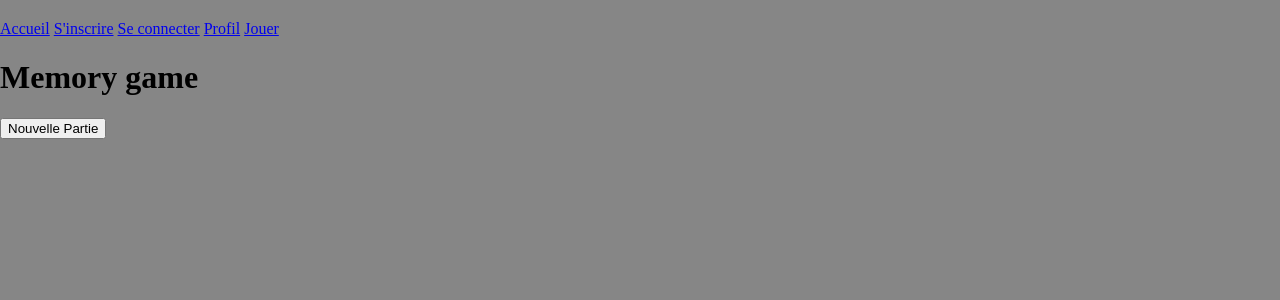
Repository: Ludmilla06/memory-game
Page: game.html
These files come from the project's save history. The page is drawn as it stood at one moment and after the next save; the edit follows.
The browser window is 1280 px wide. The pictures show the whole page.

Above is the page before, as saved 2025-10-22 09:25:23.

### game.html
<!DOCTYPE html>
<html lang="fr">
  <head>
    <meta charset="UTF-8" />
    <meta name="viewport" content="width=device-width, initial-scale=1.0" />
    <title>Document</title>
    <link rel="stylesheet" href="css/game.css" />
  </head>
  <body>
    <nav>
      <div class="Onglet">
        <a href="index.html">Accueil</a>
        <a href="inscription.html">S'inscrire</a>
        <a href="login.html">Se connecter</a>
        <a href="profil.html">Profil</a>
        <a href="play.html">Jouer</a>
      </div>
    </nav>

    <div id="game">
      <h1>Memory game</h1>
        <button id="reset-btn">Nouvelle Partie</button>
    </div>

    <script type="module" src="js/game.js"></script>
  </body>
</html>

### css/game.css
*,
*::before,
*::after {
  box-sizing: border-box;
}
body {
    margin: 20px 0;
    background: rgba(68, 67, 67, 0.644);
}

.grid {
    max-width: 960px;
    margin: 0 auto;
    display: flex;
    flex-wrap: wrap;
    justify-content: space-evenly;
}

.card {
    margin: 5px;
    background-color:  rgba(68, 67, 67, 0.644);;
    background-size: contain;
    background-repeat: no-repeat;
    background-position: center center;
    width: 150px;
    height: 150px;
}

### js/game.js

// Target btn reset
const $resetBtn = document.getElementById('reset-btn')
// Prévoit la detection du click sur le btn
$resetBtn.addEventListener('click', resetGame)

function resetGame() {
  // Logique pour réinitialiser le jeu
  console.log('Jeu réinitialisé');
}



document.addEventListener('keydown', (event) => {
  console.log(event);

  if (event.key === ' ') {
    // lancer le jeu
    resetGame();
  } else   console.log('raté');

});

const cardsArray = [
  { name: "Berger Allemand", img: "assets/BA.webp" },
  { name: "Chien Assis", img: "assets/chienassis.webp" },
  { name: "Chiot", img: "assets/chiot.webp" },
  { name: "Labrador", img: "assets/labrador.webp" },
  { name: "Malinois", img: "assets/malinois.webp" },
  { name: "Rottweiler", img: "assets/rott.webp" },
];

// Récupérez le div avec un identifiant root
const game =document.getElementById('game')

// Créer une section avec une classe de grille
const grid = document.createElement('section')
grid.setAttribute('class', 'grid')

// Attacher la grille au jeu
game.appendChild(grid)

After the next save:
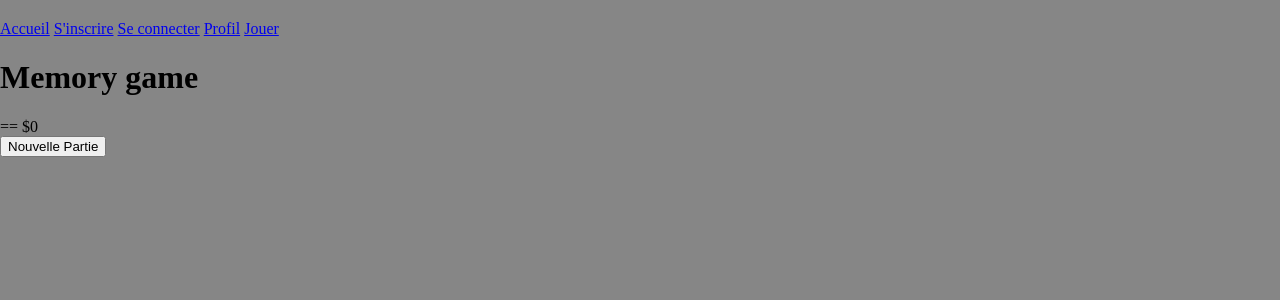
Saved 2 min 15 s later.
--- a/game.html
+++ b/game.html
@@ -16,12 +16,11 @@
         <a href="play.html">Jouer</a>
       </div>
     </nav>
-
+    <h1>Memory game</h1>
     <div id="game">
-      <h1>Memory game</h1>
-        <button id="reset-btn">Nouvelle Partie</button>
+      <section class="grid"></section> == $0
     </div>
-
+    <button id="reset-btn">Nouvelle Partie</button>
     <script type="module" src="js/game.js"></script>
   </body>
 </html>
